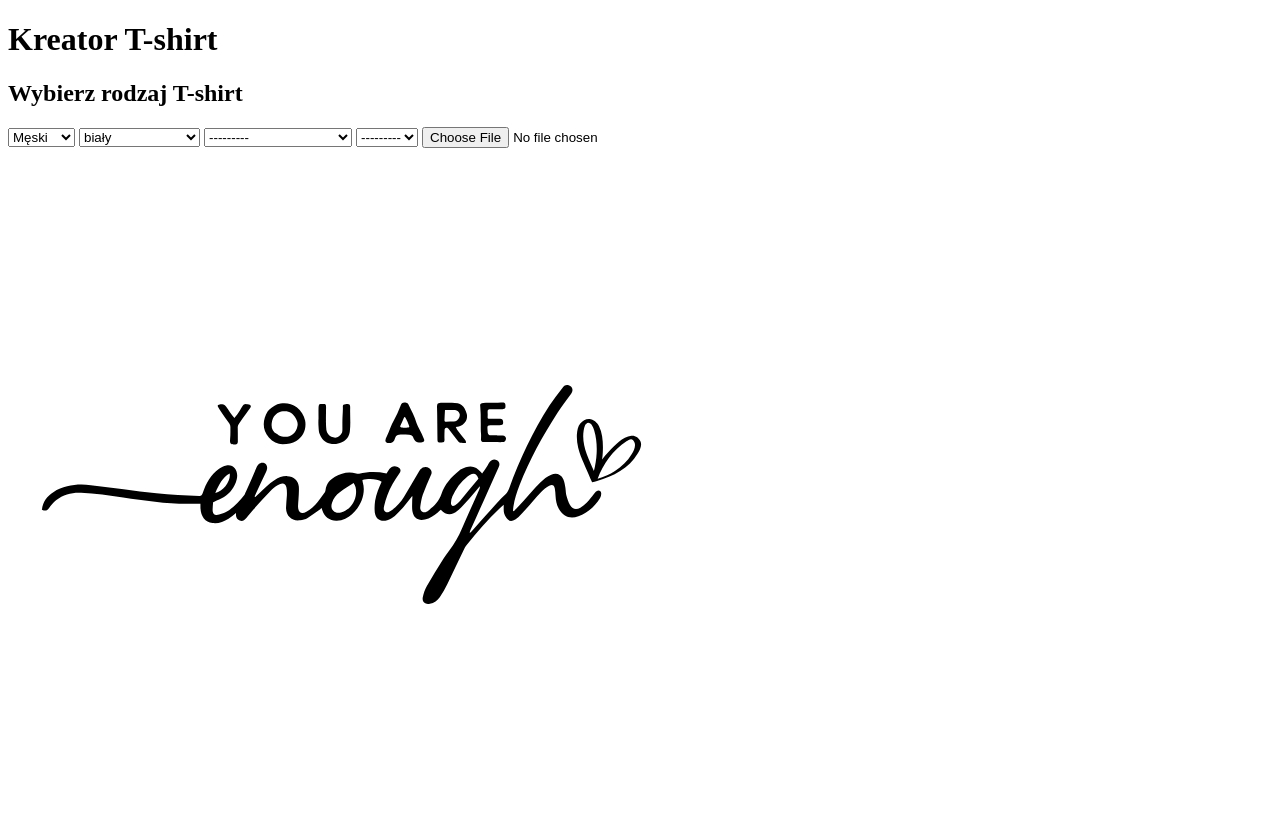
Repository: artek313/clothes
Page: index.html
An editor plug-in stored every save of this project. The page is shown before and after the next save, followed by the edit.
The browser window is 1280 px wide. The pictures show the whole page.

Above is the page before, as saved 2024-04-27 13:17:04.
Console error: SyntaxError: Unexpected token '}'

### index.html
<!DOCTYPE html>
<html lang="en">

<head>
    <meta charset="UTF-8">
    <meta name="viewport" content="width=device-width, initial-scale=1.0">
    <title>Document</title>

    <link rel="stylesheet" href="style.css">

    <script src="script.js"></script>

</head>

<body>
    <h1>Kreator T-shirt</h1>
    <h2>Wybierz rodzaj T-shirt</h2>
    <select name="kind" id="kindTshirt">
        <option value="men">Męski</option>
        <option value="women">Damski</option>
    </select>
    <select name="color" id="colorTshirt">
        <option value="white">biały</option>
        <option value="black">czarny</option>
        <option value="red">czerwony</option>
        <option value="bottleGreen">butelkowa zieleń</option>
        <option value="blue">niebieski</option>
        <option value="navyBlue">granatowy</option>
    </select>
    <select name="overPrintName" id="overPrintName">
        <option value="">---------</option>
        <option value="adventure_of_your_life">Adventure of your life</option>
    </select>
    <select name="overPrintColor" id="overPrintColor">
        <option value="">---------</option>
        <option value="red">#f00</option>
        <option value="purple">#f0F</option>
    </select>







    <input type="file" name="inputfile" id="inputfile">
    <pre id="output"></pre>



    <div id="tshirtBox">
        <object class="" id="overprint" data="img/men/overprints/1.svg" type="image/svg+xml"></object>



    </div>





</body>

</html>

### style.css
.tshirtBox {
	width: 50%;
}

.tshirtMockup {
	width: 100%;
	position: relative;
}

.tshirtMockup_color {
	width: 100%;
}

.tshirtMockup_overprint {
	width: 30%;
	position: absolute;
	top: 20%;
	left: 50%;
	transform: translateX(-50%);
}

.tshirtMockup_overprint img {
	width: 100%;
}

div svg {
	fill: red !important;
}

### script.js
'use strict'

document.addEventListener('DOMContentLoaded', function () {
	init()
})

function init() {
	const kindTshirtSelect = document.querySelector('#kindTshirt')
	const colorTshirtSelect = document.querySelector('#colorTshirt')
	const tshirtBox = document.querySelector('.tshirtBox')
	const overPrintNameSelect = document.querySelector('#overPrintName')
	const overPrintColorSelect = document.querySelector('#overPrintColor')

	const overprint = document.getElementById('overprint')

	console.log(overprint)

	// overprint.addEventListener('load', function (e) {
	// 	console.dir(e)
	// 	console.log(overprint.contentDocument)
	// 	console.log(overprint.contentDocument.querySelector('svg'))
	// 	overprint.contentDocument.querySelector('svg').style.fill = '#00f'
	// })

	console.log(colorTshirtSelect)

	colorTshirtSelect.addEventListener('change', function (e) {
		const colorTshirt = e.target.value.
	})

	overPrintColorSelect.addEventListener('change', function (e) {
		console.log(e.target.value)
		const colorOverPrint = e.target.value
		overprint.contentDocument.querySelector('svg').style.fill = colorOverPrint
	})

	// document.getElementById('inputfile').addEventListener('change', function (e) {
	// 	console.dir(document.getElementById('inputfile'))
	// 	console.log(e)
	// 	let fr = new FileReader()
	// 	fr.readAsText(file)

	// 	console.log(fr)
	// 	fr.onload = function () {
	// 		document.getElementById('output').textContent = fr.result
	// 	}

	// 	fr.readAsBinaryString(this.files[0])
	// })

	// overprint.addEventListener(
	// 	'load',
	// 	function (e) {
	// 		const svgObj = overprint.contentDocument
	// 		if (svgObj) {
	// 			console.log(svgObj.querySelector('svg'))
	// 		}
	// 	},
	// 	false
	// )
	// overPrintNameSelect.addEventListener('change', function (e) {
	// 	let svgObject = document.querySelector('#path3443')
	// 	console.log(overprint)
	// 	document.querySelectorAll('#path1096')

	// 	if (svgObject) {
	// 		console.log(svgObject)
	// 		let svgDocObject = svgObject.innerHTML

	// 		console.log(svgDocObject)
	// 	}
	// })
}

After the next save:
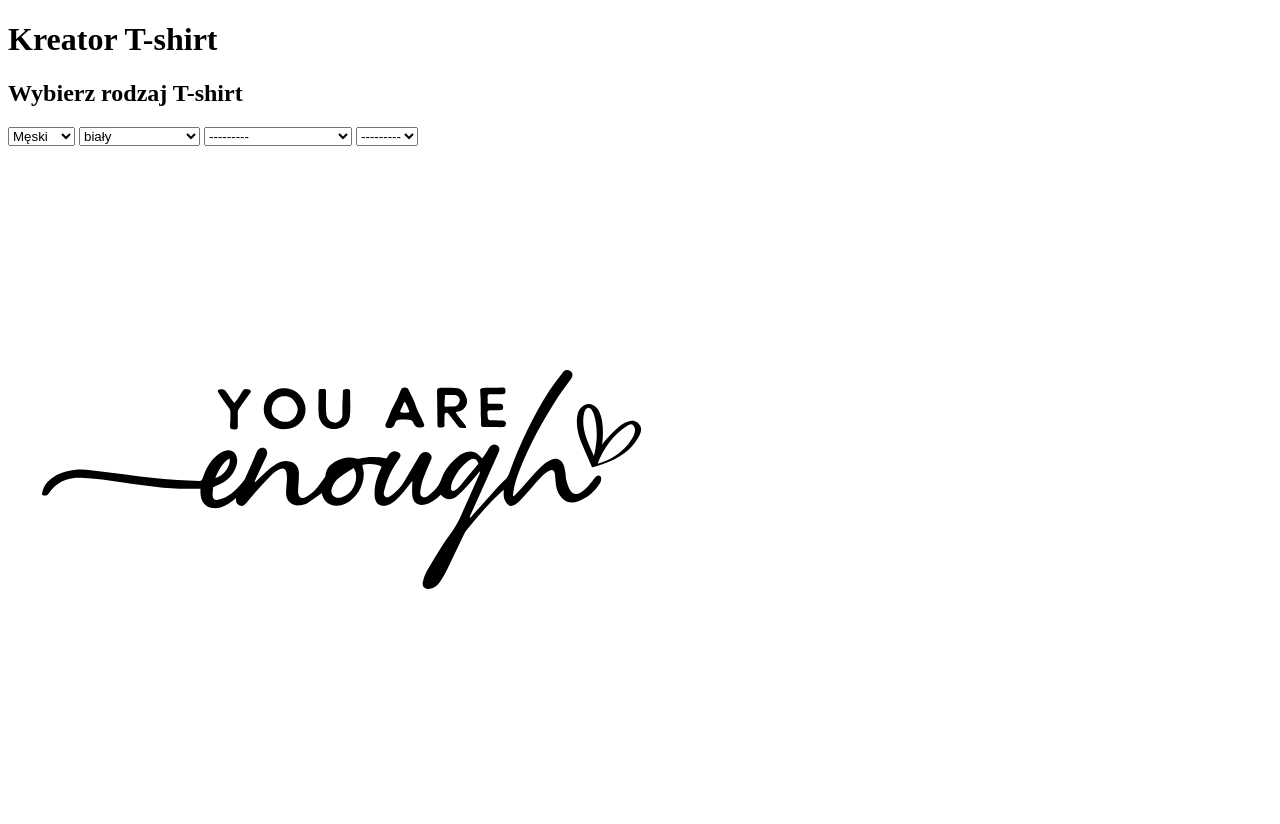
Saved 9 s later.
--- a/index.html
+++ b/index.html
@@ -38,16 +38,6 @@
     </select>
 
 
-
-
-
-
-
-    <input type="file" name="inputfile" id="inputfile">
-    <pre id="output"></pre>
-
-
-
     <div id="tshirtBox">
         <object class="" id="overprint" data="img/men/overprints/1.svg" type="image/svg+xml"></object>
 
